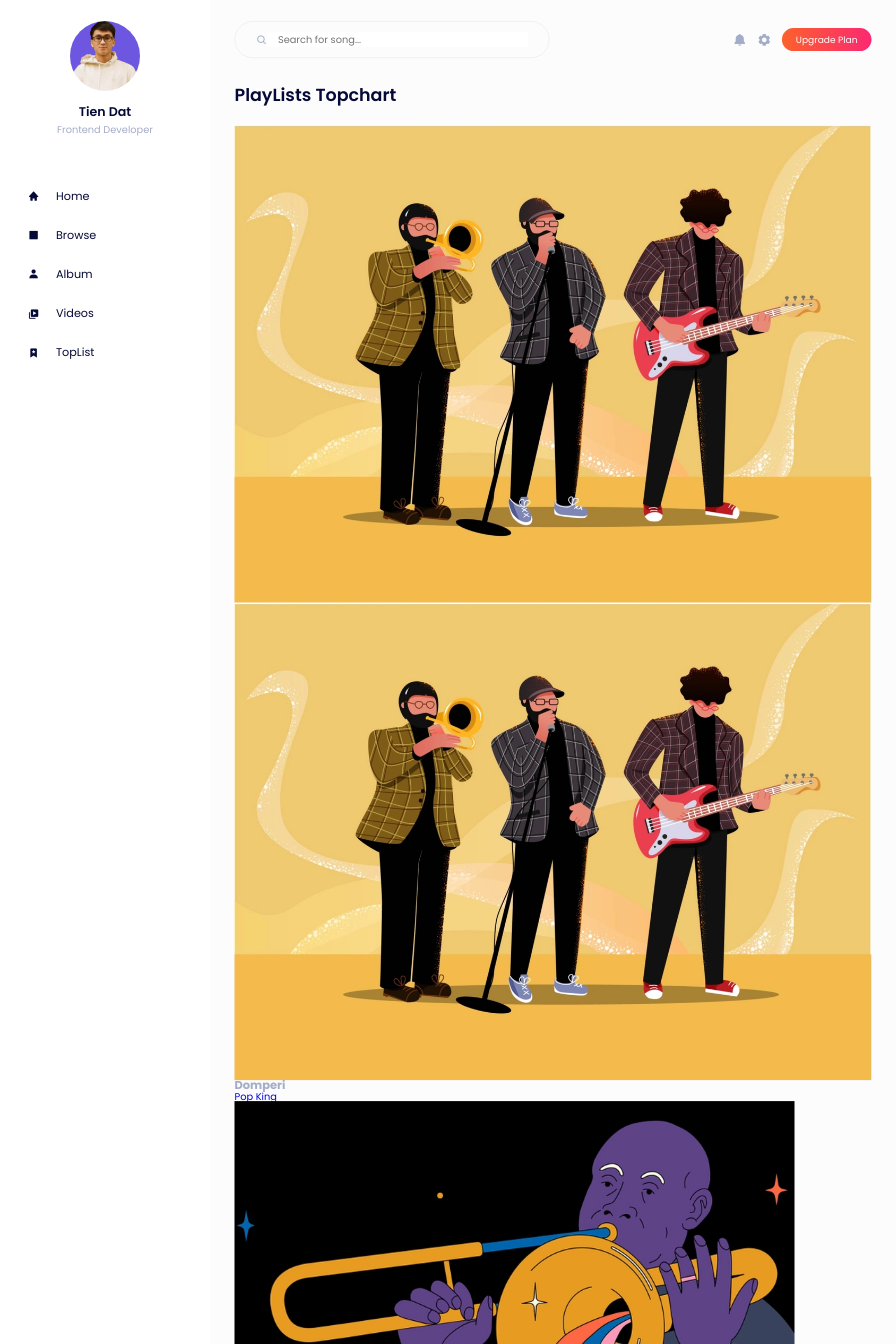
Repository: Datt21/music-webapp
Page: index.html
These files come from the project's save history. The page is drawn as it stood at one moment and after the next save; the edit follows.
The browser window is 1280 px wide. The pictures show the part of the page from y = 0 to 1920 px (the page is 5598 px tall before and 936 px after), at 70% of full size.
The style sheet was rebuilt from its Sass, Less or Tailwind sources for each picture, by a compiler version that may differ from the author's.

Above is the page before, as saved 2021-09-05 05:41:34.

After the next save:
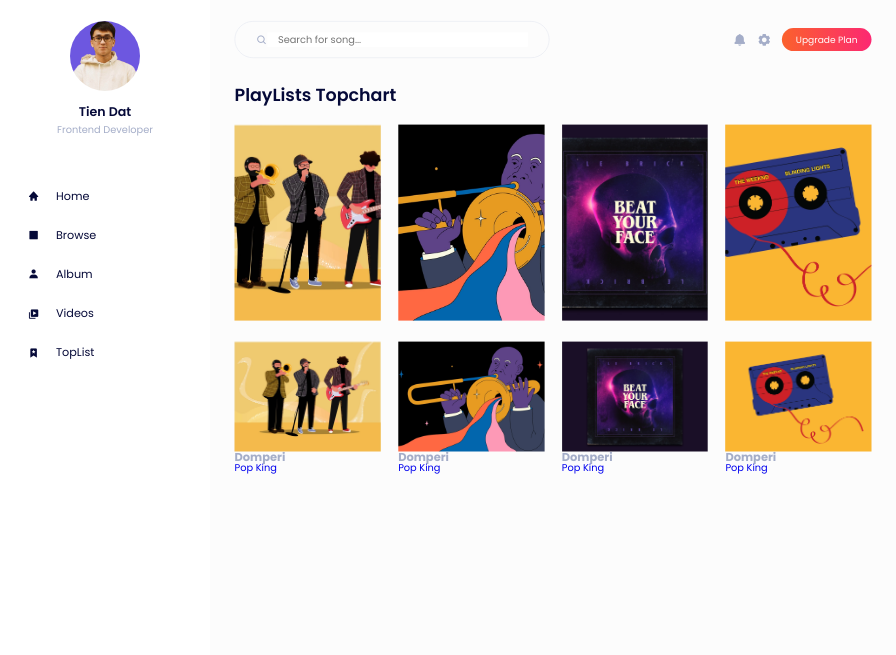
Saved 3 min 24 s later.
--- a/app.scss
+++ b/app.scss
@@ -172,3 +172,21 @@
     font-weight: 600;
     text-transform: capitalize;
 }
+
+.billboard {
+    display: grid;
+    grid-template-columns: repeat(4, 1fr);
+    grid-gap: 25px;
+    margin-bottom: 40px;
+    &-media {
+        position: relative;
+    }
+    &-image {
+        width: 100%;
+        height: 280px;
+        object-fit: cover;
+        margin-bottom: 30px;
+        position: relative;
+        z-index: 2;
+    }
+}
